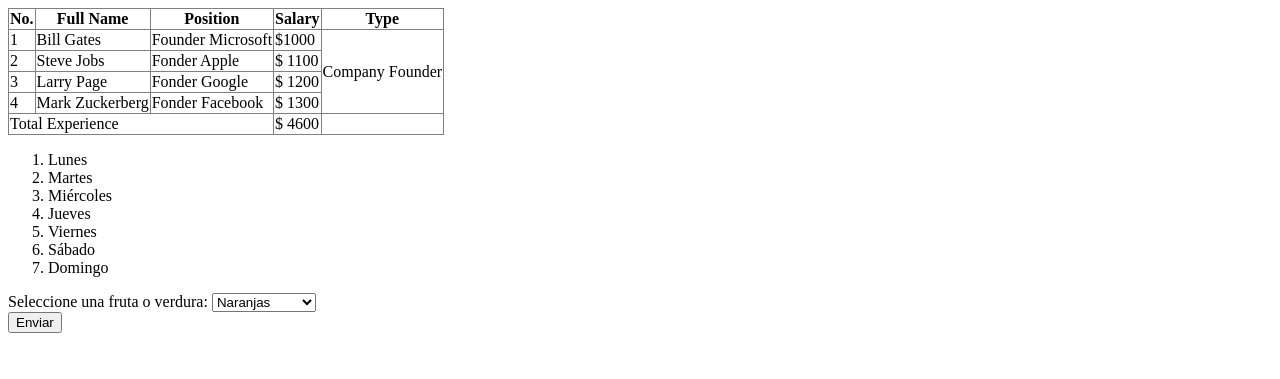
Repository: ScoggoDev/DesarrolloWeb
Page: tarea en equipo 1/tep1.html
The author's editor kept a copy of each file at every save. The page is drawn from the files as they stood at one save, then again after the next save.
The browser window is 1280 px wide. The pictures show the whole page.

Above is the page before, as saved 2021-07-07 19:06:12.

After the next save:
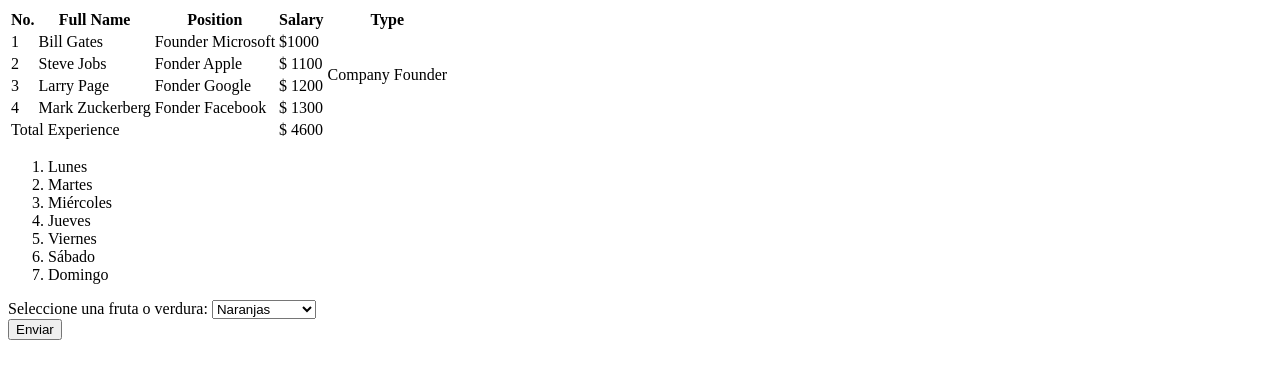
Saved 55 s later.
--- a/tarea en equipo 1/tep1.html
+++ b/tarea en equipo 1/tep1.html
@@ -9,40 +9,40 @@
     </head>
 
     <body>
-        <table border= "1"; style= "border-collapse:collapse">
-                <tr>
+        <table>
+                <tr border= "1"; style= "border-collapse:collapse">
                     <th>No.</th>
                     <th>Full Name</th>
                     <th>Position</th>
                     <th>Salary</th>
                     <th>Type</th>
                 </tr>
-                <tr>
+                <tr border= "1"; style= "border-collapse:collapse">
                     <td>1</td>
                     <td>Bill Gates</td>
                     <td>Founder Microsoft</td>
                     <td>$1000</td>
                     <td rowspan="4">Company Founder</td>
                 </tr>
-                <tr>
+                <tr border= "1"; style= "border-collapse:collapse">
                     <td>2</td>
                     <td>Steve Jobs</td>
                     <td>Fonder Apple</td>
                     <td>$ 1100</td>
                 </tr>
-                <tr>
+                <tr border= "1"; style= "border-collapse:collapse">
                     <td>3</td>
                     <td>Larry Page</td>
                     <td>Fonder Google</td>
                     <td>$ 1200</td>
                 </tr>
-                <tr>
+                <tr border= "1"; style= "border-collapse:collapse">
                     <td>4</td>
                     <td>Mark Zuckerberg</td>
                     <td>Fonder Facebook</td>
                     <td>$ 1300</td>
                 </tr>
-                <tr>
+                <tr border= "1"; style= "border-collapse:collapse">
                     <td colspan="3">Total Experience</td>
                     <td>$ 4600</td>
                 </tr>

After the save that followed:
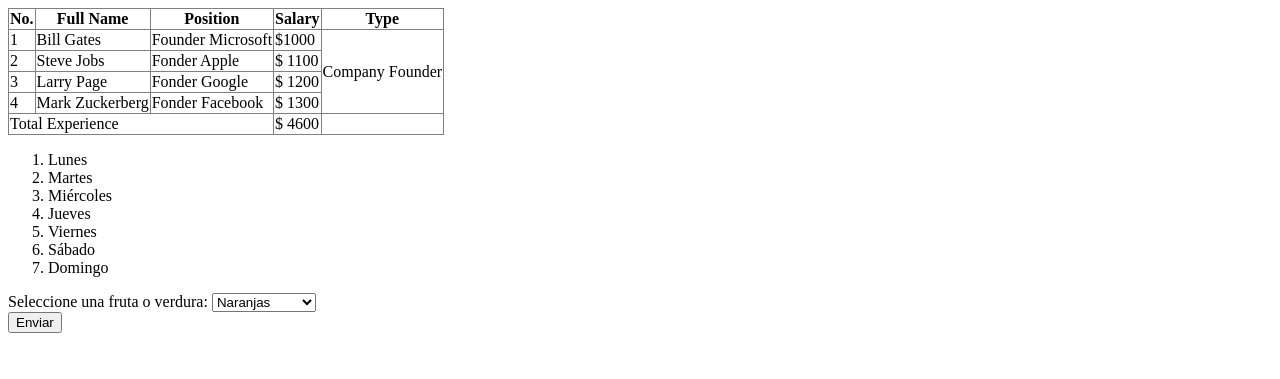
Saved 30 s later.
--- a/tarea en equipo 1/tep1.html
+++ b/tarea en equipo 1/tep1.html
@@ -9,40 +9,40 @@
     </head>
 
     <body>
-        <table>
-                <tr border= "1"; style= "border-collapse:collapse">
+        <table border= "1"; style= "border-collapse:collapse">
+                <tr>
                     <th>No.</th>
                     <th>Full Name</th>
                     <th>Position</th>
                     <th>Salary</th>
                     <th>Type</th>
                 </tr>
-                <tr border= "1"; style= "border-collapse:collapse">
+                <tr>
                     <td>1</td>
                     <td>Bill Gates</td>
                     <td>Founder Microsoft</td>
                     <td>$1000</td>
                     <td rowspan="4">Company Founder</td>
                 </tr>
-                <tr border= "1"; style= "border-collapse:collapse">
+                <tr>
                     <td>2</td>
                     <td>Steve Jobs</td>
                     <td>Fonder Apple</td>
                     <td>$ 1100</td>
                 </tr>
-                <tr border= "1"; style= "border-collapse:collapse">
+                <tr>
                     <td>3</td>
                     <td>Larry Page</td>
                     <td>Fonder Google</td>
                     <td>$ 1200</td>
                 </tr>
-                <tr border= "1"; style= "border-collapse:collapse">
+                <tr>
                     <td>4</td>
                     <td>Mark Zuckerberg</td>
                     <td>Fonder Facebook</td>
                     <td>$ 1300</td>
                 </tr>
-                <tr border= "1"; style= "border-collapse:collapse">
+                <tr>
                     <td colspan="3">Total Experience</td>
                     <td>$ 4600</td>
                 </tr>
